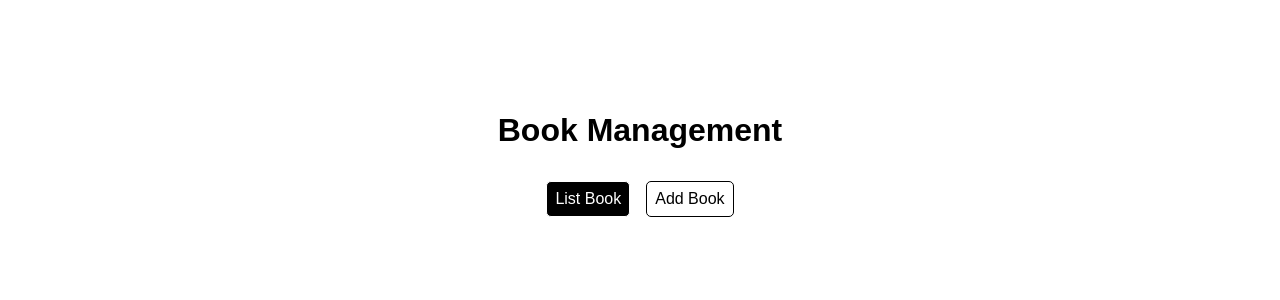
Repository: wakoya-tech/e-library-app1
Page: /
The author's editor kept a copy of each file at every save. The page is drawn from the files as they stood at one save, then again after the next save.
The browser window is 1280 px wide. The pictures show the whole page.
The project was rebuilt for these pictures with package versions that can differ from the ones it lists, and the page was loaded fresh each time. Also part of the build but not shown: vite.config.js.

Above is the page before, as saved 2025-10-10 12:17:28.

### src/main.jsx
import React from 'react'
import ReactDOM from 'react-dom/client'
import { BrowserRouter } from 'react-router-dom'
import App from './App'
ReactDOM.createRoot(document.getElementById('root')).render(
  <React.StrictMode>
    <BrowserRouter>
    <App />
    </BrowserRouter>

  </React.StrictMode>,
)

### src/App.jsx
import './App.css';
import Header from './components/Header.jsx';
import { Routes, Route } from "react-router-dom";


function App() {
  return (
    <div className="App">
      <Header />

    </div>
  );
}

export default App;

### src/App.css
*{
  margin: 0;
  padding: 0;
  box-sizing: border-box;
}
body{
  font-family: Arial, Helvetica, sans-serif;
}
.container{
  max-width: 40rem;

  margin: 7rem auto 0;
}
header{
  text-align: center;

}
header nav{
  margin-top: 2rem;
  display: flex;
  justify-content: center;
  gap: 1rem;
}
header nav > a {
  text-decoration: none;
  border: 1px solid;
  padding: 0.5rem;
  border-radius: 5px;
  color: black;
}
header nav > .active{
  background: black;
  color: white;
}

### src/components/Header.jsx
import React from "react"
import { NavLink } from "react-router-dom"
import { BrowserRouter as Router, Routes, Route } from 'react-router-dom';
function Header(){
    const navigation =[
        {path:'/',name:'List Book'},
        { path:'/add', name:'Add Book'}
    ]
    return(<div className="container">
<header>
    <h1>Book Management</h1>
    <nav>
       {navigation.map(nav=>(
        <NavLink
        key={nav.name}
        to={nav.path}>
{nav.name}
        </NavLink>
       ))}
         </nav>
</header>
    </div>)
}
export default Header

Loaded but not shown: index.html (common file)

After the next save:
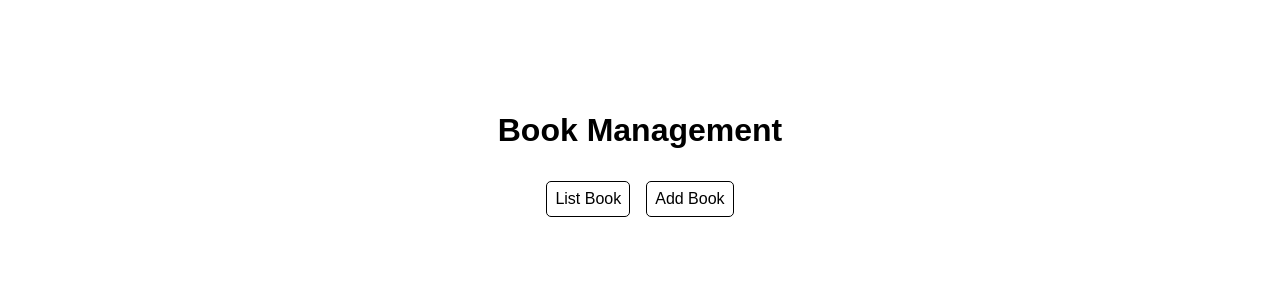
Saved 32 h 46 min later.
--- a/src/components/Header.jsx
+++ b/src/components/Header.jsx
@@ -11,11 +11,11 @@ function Header(){
     <h1>Book Management</h1>
     <nav>
        {navigation.map(nav=>(
-        <NavLink
+        <a
         key={nav.name}
         to={nav.path}>
 {nav.name}
-        </NavLink>
+        </a>
        ))}
          </nav>
 </header>
